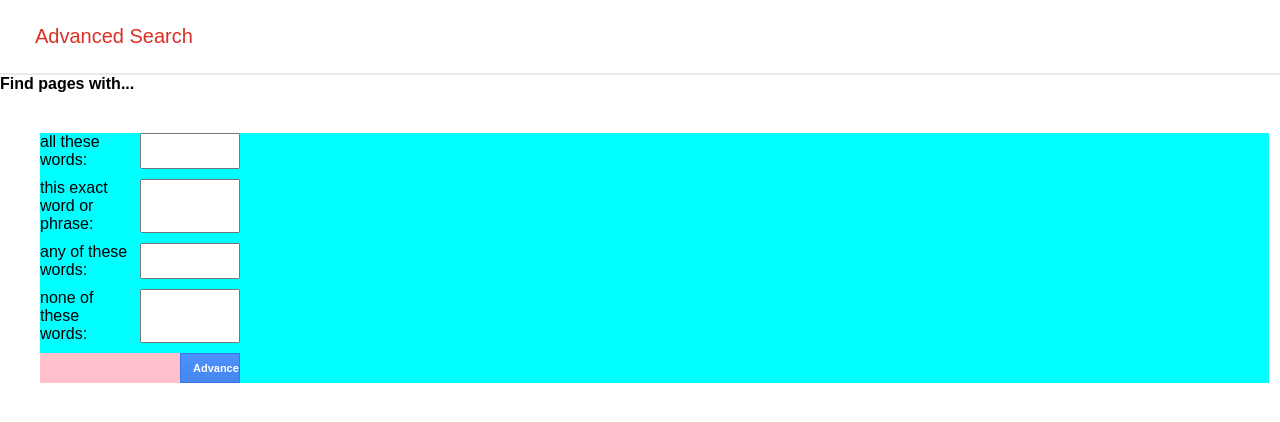
Repository: etentuk/search
Page: advanced_search.html
These files come from the project's save history. The page is drawn as it stood at one moment and after the next save; the edit follows.
The browser window is 1280 px wide. The pictures show the whole page.

Above is the page before, as saved 2021-11-05 00:42:55.

### advanced_search.html
<!DOCTYPE html>
<html lang="en">

<head>
    <title>Advanced Search</title>
    <link rel="stylesheet" href="styles.css">
</head>

<body>
    <div id="title">
        Advanced Search
    </div>
    <hr class="solid" style="border:1px solid #ebebeb;">
    <h4>Find pages with...</h4>
    <div id="form">
        <form action="https://google.com/search" style="display: table-row;">
            <div style="display: table-row;">
                <div class="form-input">
                    <label for="as_q">all these words: </label>
                    <input type="text" id="as_q" name="as_q">
                </div>
                <div class="form-input">
                    <label for="as_epq">this exact word or phrase: </label>
                    <input type="text" id="as_epq" name="as_epq">
                </div>
                <div class="form-input">
                    <label for="as_oq">any of these words: </label>
                    <input type="text" id="as_oq" name="as_oq">
                </div>
                <div class="form-input">
                    <label for="as_eq">none of these words: </label>
                    <input type="text" id="as_eq" name="as_eq">
                </div>
                <div id="submit">
                    <input type="submit" value="Advanced Search">
                </div>
        </form>
    </div>
</body>

</html>

### styles.css
* {
  margin: 0;
  padding: 0;
  box-sizing: border-box;
  font-family: Arial, sans-serif;
}

#title {
  color: #d93025;
  font-size: 20px;
  margin: 25px 35px;
}

#form {
  /* max-width: 1140px; */
  /* min-width: 100%; */
  background-color: aqua;
  width: 96%;
  margin: 40px;
}

.form-input {
  display: flex;
}

label {
  padding-right: 10px;
  float: left;
}

label,
.form-input input {
  display: table-cell;
  width: 100px;
  margin-bottom: 10px;
  float: right;
}

#submit {
  text-align: right;
  background-color: pink;
  width: 100%;
}

#submit input {
  border: 1px solid #3079ed;
  box-shadow: none;
  font-size: 11px;
  font-weight: bold;
  color: #fff;
  padding: 8px 12px;
  width: 30%;
  background-color: #4d90fe;
  background-image: -webkit-linear-gradient(top, #4d90fe, #4787ed);
}

After the next save:
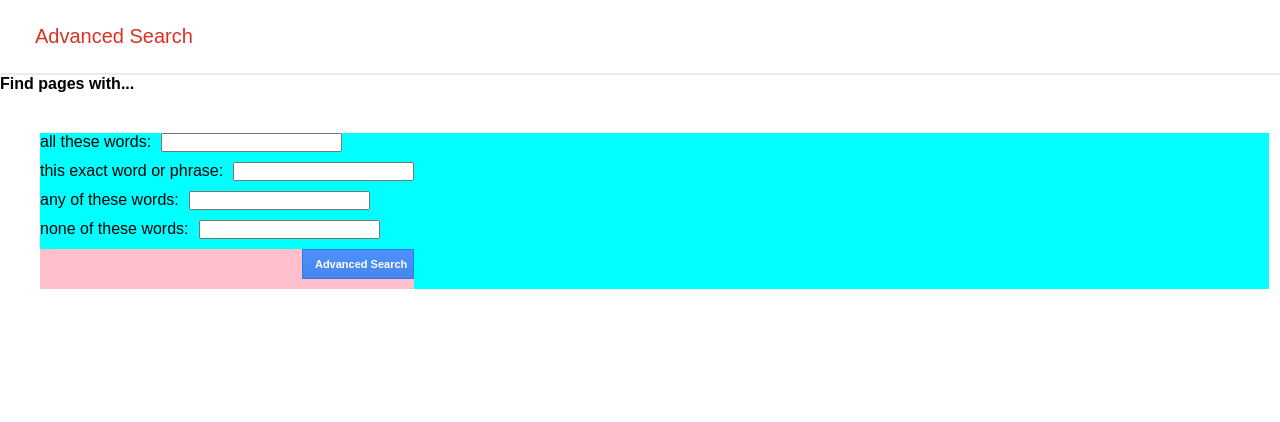
Saved 18 s later.
--- a/styles.css
+++ b/styles.css
@@ -21,6 +21,7 @@
 
 .form-input {
   display: flex;
+  flex-direction: row;
 }
 
 label {
@@ -29,12 +30,13 @@ label {
 }
 
 label,
-.form-input input {
+input {
+  /* float: right; */
   display: table-cell;
-  width: 100px;
   margin-bottom: 10px;
-  float: right;
 }
+
+
 
 #submit {
   text-align: right;
